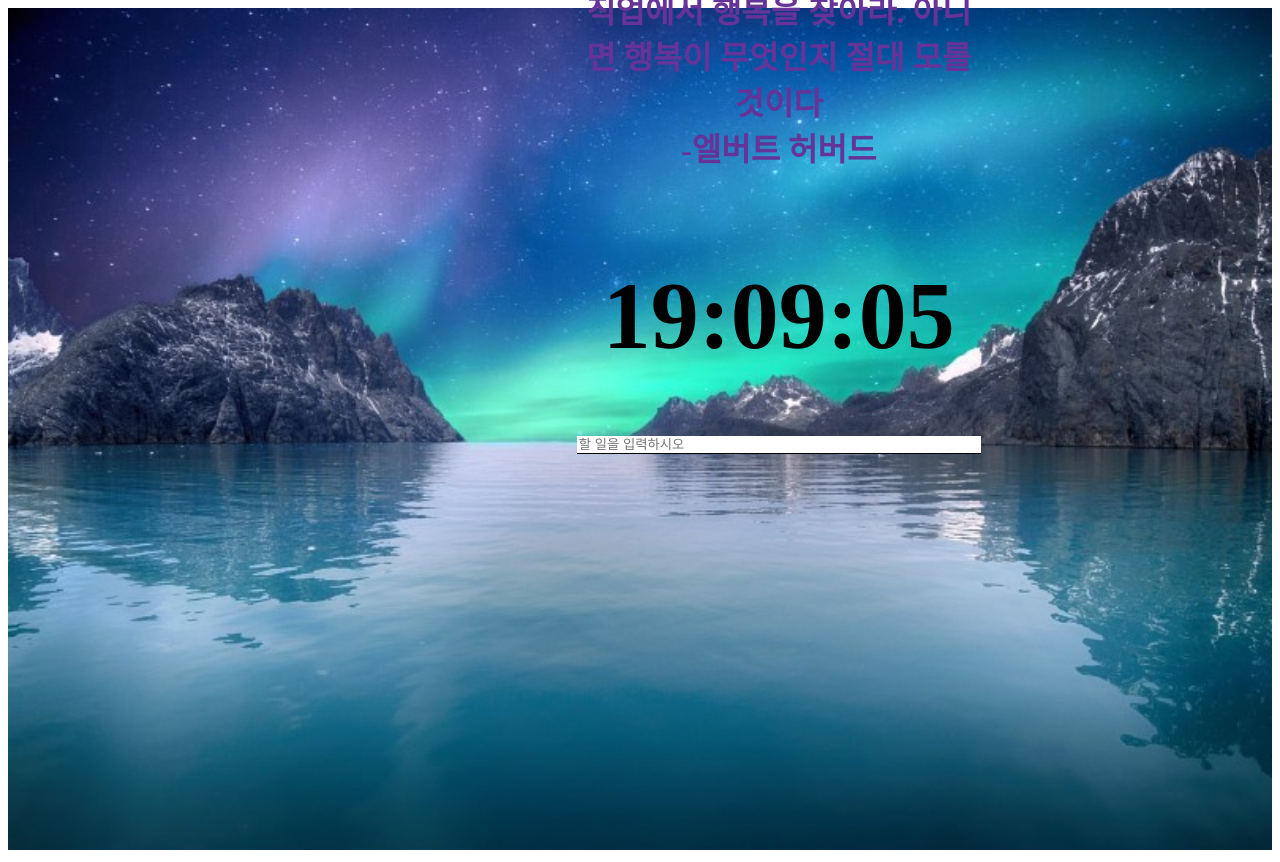
Repository: jun01270/F-E-practice
Page: index.html
The author's editor kept a copy of each file at every save. The page is drawn from the files as they stood at one save, then again after a run of saves.
The browser window is 1280 px wide. The pictures show the whole page.

Above is the page before, as saved 2023-01-10 16:31:21.
Console error: TypeError: Cannot read properties of null (reading 'classList')

### index.html
<!DOCTYPE html>
<html lang="en">
  <head>
    <meta charset="UTF-8" />
    <meta http-equiv="X-UA-Compatible" content="IE=edge" />
    <meta name="viewport" content="width=device-width, initial-scale=1.0" />
    <link rel="stylesheet" href="/css/style.css" />
    <title>Document</title>
  </head>
  <body>
    <div id="all">
      <!-- <form id="userName-form" class="hidden">
        <input required type="text" placeholder="이름이 뭔가요?" />
        <input type="submit" value="입력" />
      </form> -->
      <br />
      <h1 id="clock">00:00:00</h1>
      <form id="todo-form">
        <input id="input-blank" type="text" placeholder="할 일을 입력하시오" />
      </form>
      <ul id="todo-list"></ul>
      <div id="quote">
        <span></span>
        <div></div>
      </div>
    </div>
    <!-- <div>
      <form>
        <input type="submit" class="userName-form" />
      </form>
    </div> -->
    <script src="/js/greeting.js"></script>
    <script src="/js/clock.js"></script>
    <script src="/js/quotes.js"></script>
    <script src="/js/background.js"></script>
    <script src="js/todo.js"></script>
    <script src="/js/weather.js"></script>
  </body>
</html>

### css/style.css
.hidden {
  display: none;
}

#background {
  width: 100%;
  height: 100%;
  padding: 0;
}

body {
  position: relative;
}

#all {
  position: absolute;
  top: 20%;
  left: 45%;
  text-align: center;
}

#clock {
  font-size: 600%;
}

#input-blank {
  width: 400px;
  border-top: none;
  border-left: none;
  border-right: none;
  border-bottom: 1px solid black;
}

#todo-list {
  color: yellow;
}

#quote {
  position: absolute;
  bottom: 300px;
  color: rebeccapurple;
  font-size: xx-large;
  font-weight: bold;
}

#todo-list {
  list-style: none;
}

### js/greeting.js
const userNameBtn = document.querySelector("#userName-form submit");
const userName = document.querySelector("#userName-form input");
const loginForm = document.querySelector("#userName-form");
const firstH1 = document.getElementById("result");
const SavedUserName = localStorage.getItem("username");
const HIDDEN_CLASSNAME = "hidden";
const toStart = document.querySelector("button.boom");

function loginResult(e) {
  e.preventDefault();
  loginForm.classList.add(HIDDEN_CLASSNAME);
  const userName1 = userName.value;
  localStorage.setItem("username", userName1);
  paintUserName();
}

function paintUserName() {
  const userName1 = localStorage.getItem("username");
  firstH1.innerText = `Hello ${userName1}`;
  firstH1.classList.remove(HIDDEN_CLASSNAME);
}

if (SavedUserName === null) {
  loginForm.classList.remove(HIDDEN_CLASSNAME);
  loginForm.addEventListener("submit", loginResult);
} else {
  paintUserName();
}

function deleteUserName() {
  localStorage.removeItem("username");
  location.reload();
}

toStart.addEventListener("click", deleteUserName);
console.log(toStart.className);

### js/clock.js
const all = document.querySelector("div#all");
const clock = all.querySelector("h1#clock");

function getClock() {
  const date = new Date();
  let Hours = String(date.getHours()).padStart(2, "0");
  let Minutes = String(date.getMinutes()).padStart(2, "0");
  let Seconds = String(date.getSeconds()).padStart(2, "0");
  // console.log(`${date.getHours()}:${date.getMinutes()}:${date.getSeconds()}`);
  clock.innerText = `${Hours}:${Minutes}:${Seconds}`;
}

getClock();
setInterval(getClock, 1000);

### js/quotes.js
const quotes = [
  {
    quote: "삶이 있는 한 희망은 있다",
    author: "-키케로",
  },
  {
    quote: "산다는것 그것은 치열한 전투이다.",
    author: "-로망로랑",
  },
  {
    quote: "하루에 3시간을 걸으면 7년 후에 지구를 한바퀴 돌 수 있다. ",
    author: "-사무엘존슨",
  },
  {
    quote: "언제나 현재에 집중할수 있다면 행복할것이다. ",
    author: "-파울로 코엘료",
  },
  {
    quote:
      "진정으로 웃으려면 고통을 참아야하며 , 나아가 고통을 즐길 줄 알아야 해 ",
    author: "-찰리 채플린",
  },
  {
    quote: "직업에서 행복을 찾아라. 아니면 행복이 무엇인지 절대 모를 것이다 ",
    author: "-엘버트 허버드",
  },
  {
    quote: "신은 용기있는자를 결코 버리지 않는다 ",
    author: "-켄러",
  },
  {
    quote:
      "행복의 문이 하나 닫히면 다른 문이 열린다 그러나 우리는 종종 닫힌 문을 멍하니 바라보다가 우리를 향해 열린 문을 보지 못하게 된다 ",
    author: "–헬렌켈러",
  },
  {
    quote: "피할수 없으면 즐겨라 ",
    author: "–로버트 엘리엇",
  },
];
const quoteCount = quotes.length;
const quote = document.querySelector("#quote span");
const author = document.querySelector("#quote div");

function showQuote() {
  const todaysQuote = quotes[Math.floor(Math.random() * quoteCount)];
  quote.innerText = todaysQuote.quote;
  author.innerText = todaysQuote.author;
}

showQuote();
setInterval(showQuote, 5000);

### js/background.js
const images = ["moon.jpg", "river.jpg", "orora.jpg"];
const chosenImage = images[Math.floor(Math.random() * images.length)];
const bgImage = document.createElement("img");
const content = document.getElementById("wrapper");
bgImage.id = "background";

bgImage.src = `img/${chosenImage}`;

document.body.appendChild(bgImage);
// bgImage.appendChild(content);

console.log(content);

### js/todo.js
const toDoForm = document.getElementById("todo-form");
const toDoInput = document.querySelector("#todo-form input");
const toDoList = document.getElementById("todo-list");
const toDoId = document.querySelector("ul#todo-list li");
const TODOS_KEY = "todos";
let toDos = [];

function saveToDoLists() {
  localStorage.setItem(TODOS_KEY, JSON.stringify(toDos));
}

function deleteToDo(e) {
  const toDoList = e.target.parentNode;
  toDoList.remove();
  const cleanToDos = toDos.filter((toDo) => toDo.id !== toDoId.id);
  toDos = cleanToDos;
  saveToDoLists();
}

function paintToDo(newToDoObj) {
  const listOfToDo = document.createElement("li");
  listOfToDo.id = newToDoObj.id;
  const span = document.createElement("span");
  span.innerText = newToDoObj.text;
  const deleteButton = document.createElement("button");
  deleteButton.innerText = "❌";
  deleteButton.addEventListener("click", deleteToDo);
  listOfToDo.appendChild(span);
  listOfToDo.appendChild(deleteButton);
  toDoList.appendChild(listOfToDo);
}

function handleToDoSubmit(e) {
  e.preventDefault();
  const newToDo = toDoInput.value;
  toDoInput.value = "";
  const newToDoObj = {
    text: newToDo,
    id: toDos.length + 1,
  };
  toDos.push(newToDoObj);
  paintToDo(newToDoObj);
  saveToDoLists();
}

toDoForm.addEventListener("submit", handleToDoSubmit);

const getToDo = localStorage.getItem(TODOS_KEY);
if (getToDo !== null) {
  const parseToDo = JSON.parse(getToDo);
  toDos = parseToDo;
  parseToDo.forEach(paintToDo);
}

### js/weather.js
const API_KEY = "fbf7375beaa21a73574692bdaef4a2e7";

function onGeoSuc(position) {
  const lat = position.coords.latitude;
  const lon = position.coords.longitude;
  console.log("Your position is", lat, lon);
  const url = `https://api.openweathermap.org/geo/1.0/reverse?lat=${lat}&lon=${lon}&limit={limit}&appid=${API_KEY}`;
  console.log(url);
}

function onGeoErr() {
  alert("위치를 찾을 수 없습니다.");
}
navigator.geolocation.getCurrentPosition(onGeoSuc, onGeoErr);

After the next 2 saves:
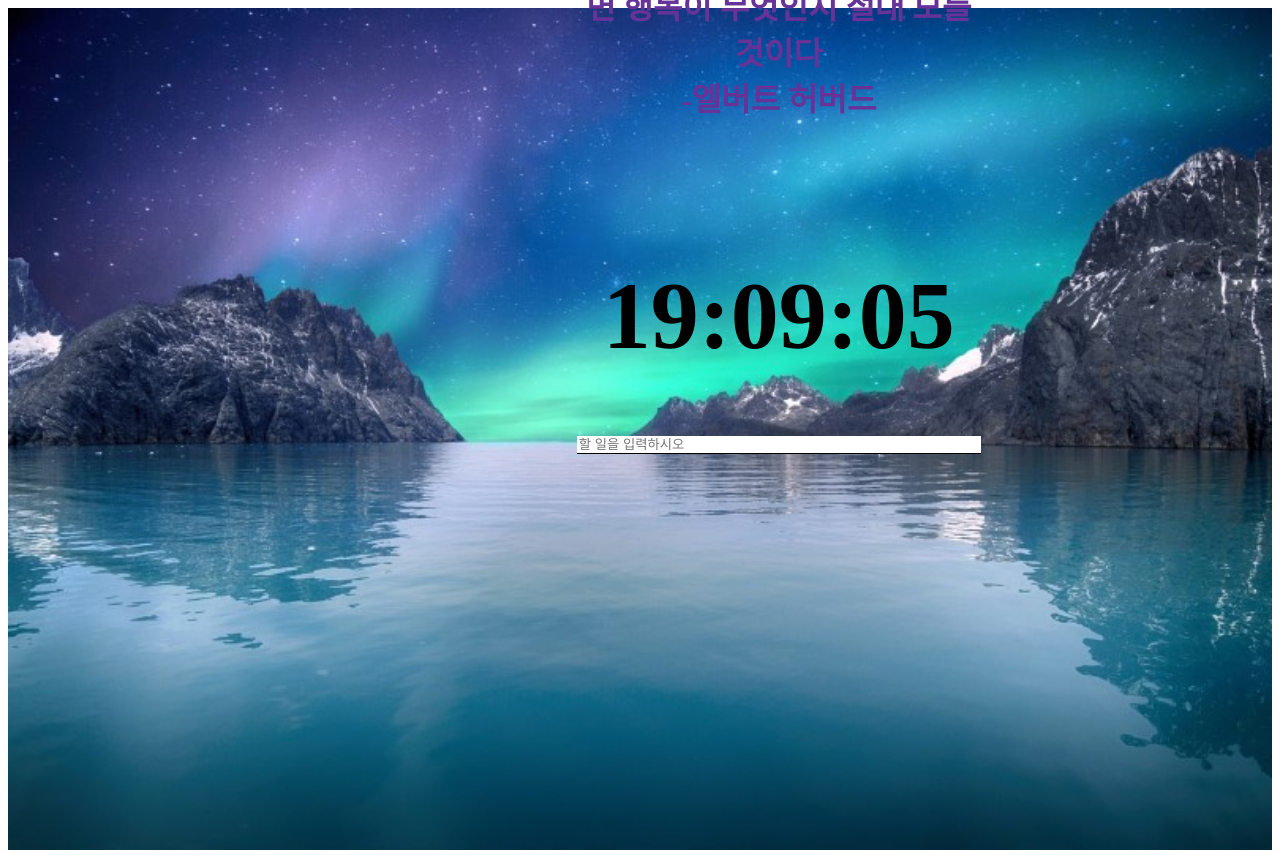
The 2 saves are shown as one change because they came seconds apart.
The last was saved 2 min 31 s later.
--- a/css/style.css
+++ b/css/style.css
@@ -37,7 +37,7 @@ body {
 
 #quote {
   position: absolute;
-  bottom: 300px;
+  bottom: 350px;
   color: rebeccapurple;
   font-size: xx-large;
   font-weight: bold;
